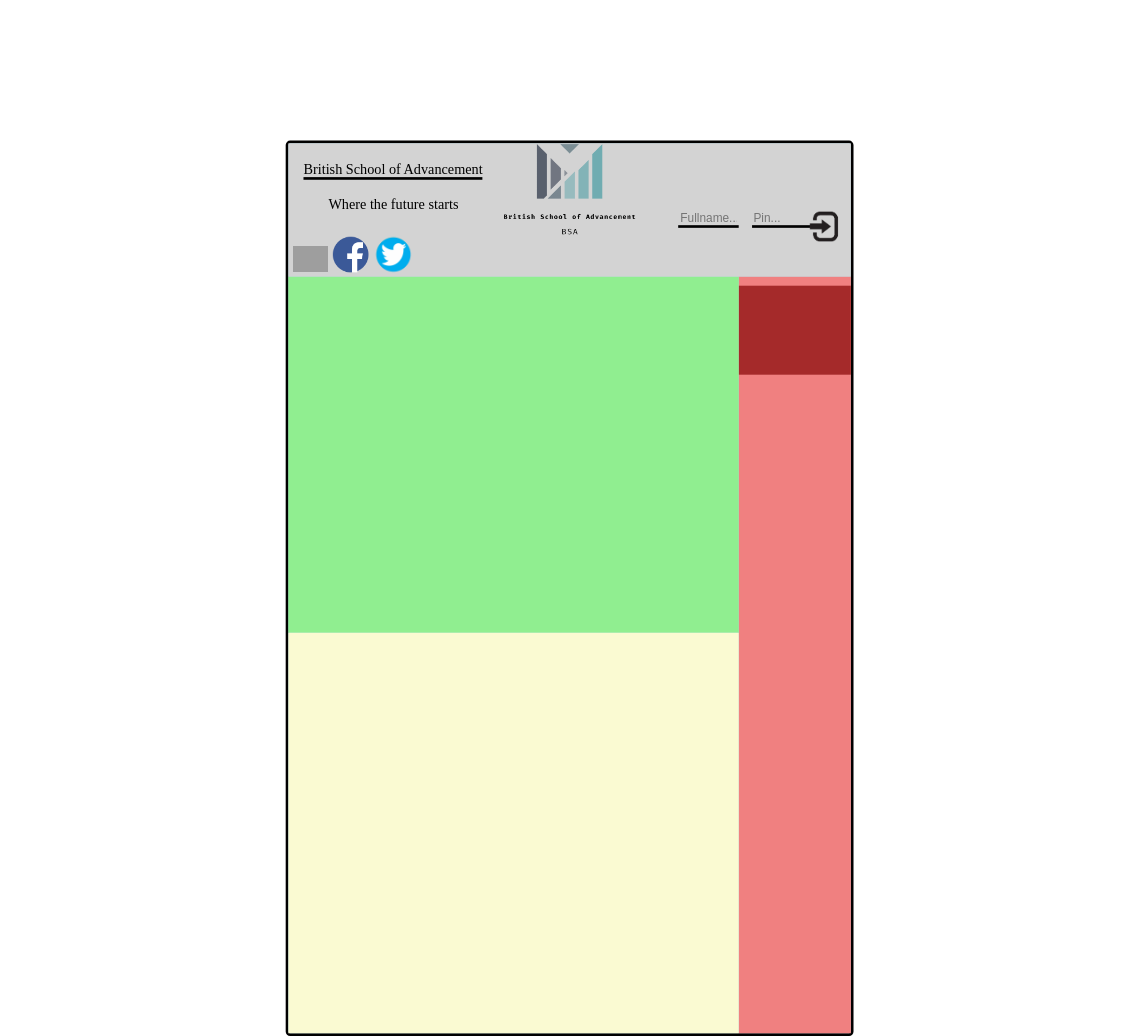
Repository: ghend99/School-app
Page: index.html
An editor plug-in stored every save of this project. The page is shown before and after the next save, followed by the edit.
The browser window is 1280 px wide. The pictures show the whole page, at 89% of full size.
Pictures or frames that could not be fetched are drawn as grey boxes.

Above is the page before, as saved 2023-03-24 13:35:29.

After the next save:
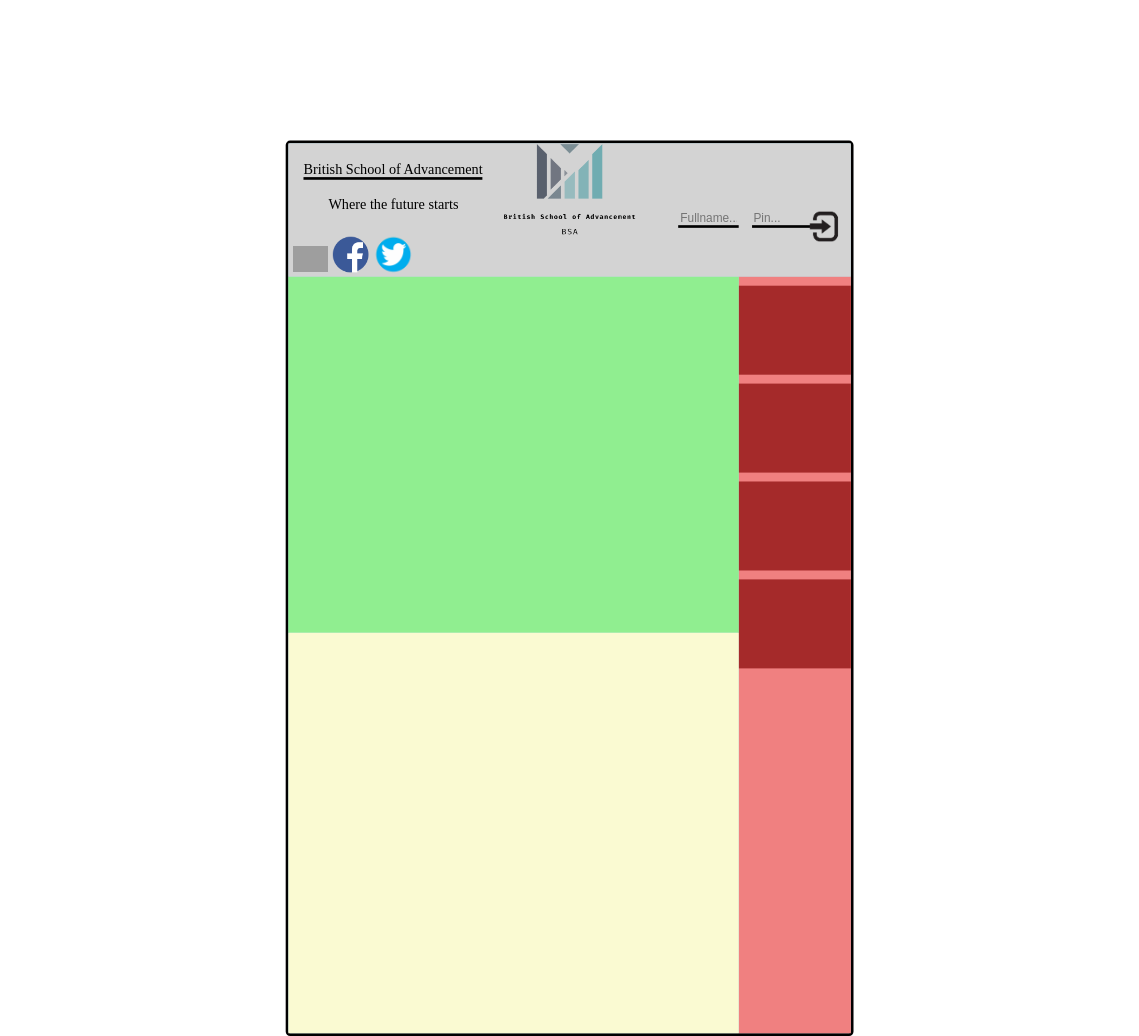
Saved 63 s later.
--- a/index.html
+++ b/index.html
@@ -48,6 +48,9 @@
       <!-- Sidebar -->
       <div id="sidebar-container">
         <div id="sidebar-link"></div>
+        <div id="sidebar-link"></div>
+        <div id="sidebar-link"></div>
+        <div id="sidebar-link"></div>
       </div>
 
       <!-- Student Information Container -->
